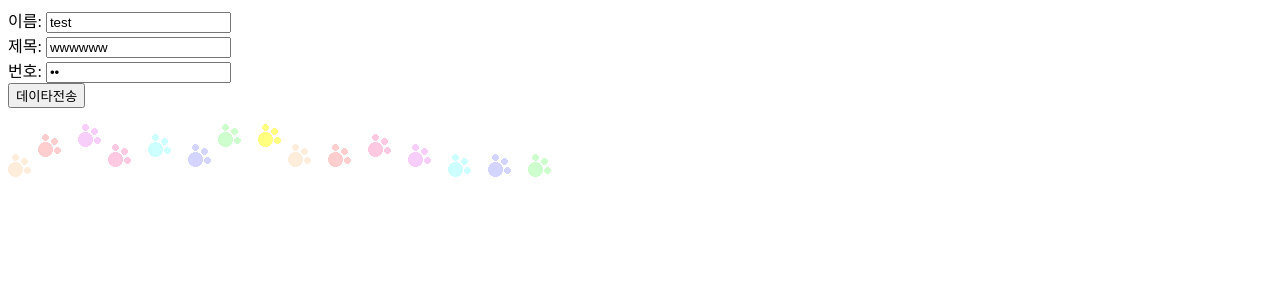
Repository: sorakazae/ITBANK_JSP_101
Page: http://localhost/Web0517/CCC.jsp
The author's editor kept a copy of each file at every save. The page is drawn from the files as they stood at one save, then again after the next save.
The browser window is 1280 px wide. The pictures show the whole page.
The page is served by Tomcat 9.

Above is the page before, as saved 2014-05-31 03:56:18.

### day8/my/Web0517/WebContent/CCC.jsp
<%@ page language="java" contentType="text/html; charset=EUC-KR"
    pageEncoding="EUC-KR"%>

<html>
<head>
<title> [CCC.jsp]</title>
</head>
<body>
	<form action="DDD.jsp" method="post">
	 이름: <input type=text name="name" value="test"> <br>
	 제목: <input type=text name="title" value="wwwwww"> <br>
	 번호: <input type=password name="num" value="32"> <br>

	 <input type="submit" value="데이타전송">

	</form>

	<p>
	<img src="images/bar.gif">
</body>
</html>

After the next save:
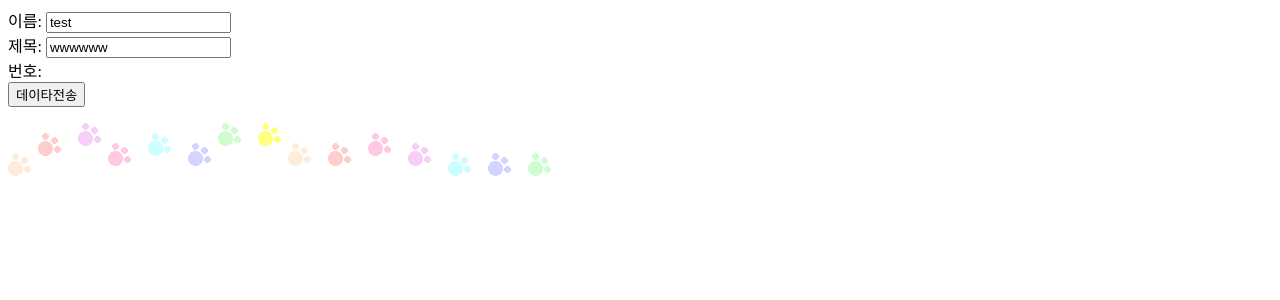
Saved 18 s later.
--- a/day8/my/Web0517/WebContent/CCC.jsp
+++ b/day8/my/Web0517/WebContent/CCC.jsp
@@ -9,7 +9,7 @@
 	<form action="DDD.jsp" method="post">
 	 이름: <input type=text name="name" value="test"> <br>
 	 제목: <input type=text name="title" value="wwwwww"> <br>
-	 번호: <input type=password name="num" value="32"> <br>
+	 번호: <input type=hidden name="num" value="32"> <br>
 
 	 <input type="submit" value="데이타전송">
 
